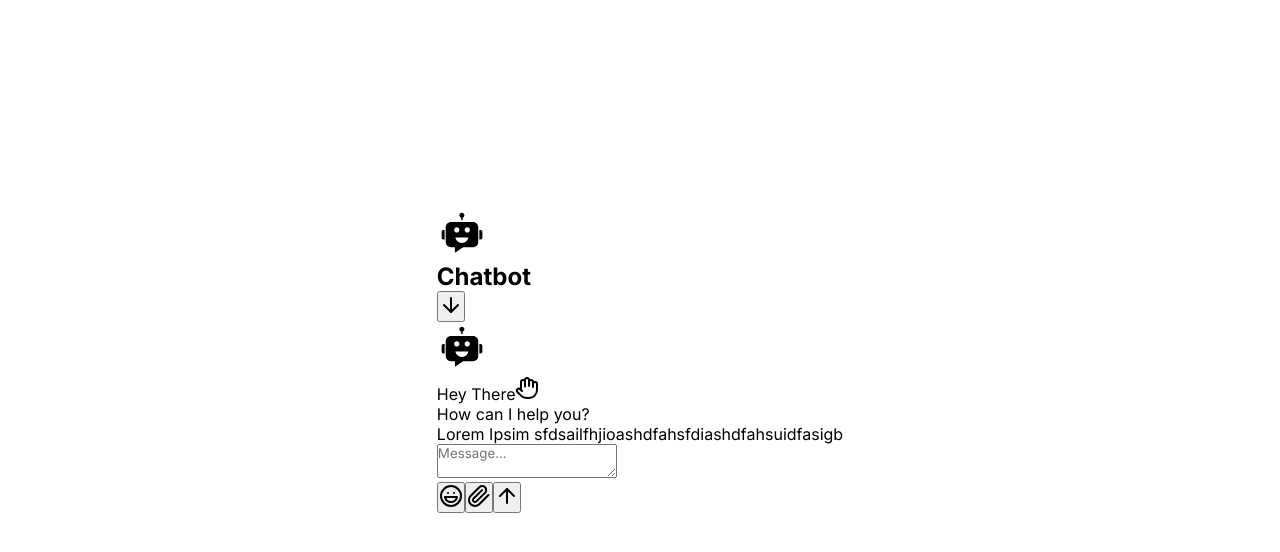
Repository: guilhermecardoso93/ai-bot
Page: /
An editor plug-in stored every save of this project. The page is shown before and after the next save, followed by the edit.
The browser window is 1280 px wide. The pictures show the whole page.
The project was rebuilt for these pictures with package versions that can differ from the ones it lists, and the page was loaded fresh each time. Also part of the build but not shown: vite.config.js.

Above is the page before, as saved 2024-11-11 20:13:57.

After the next save:
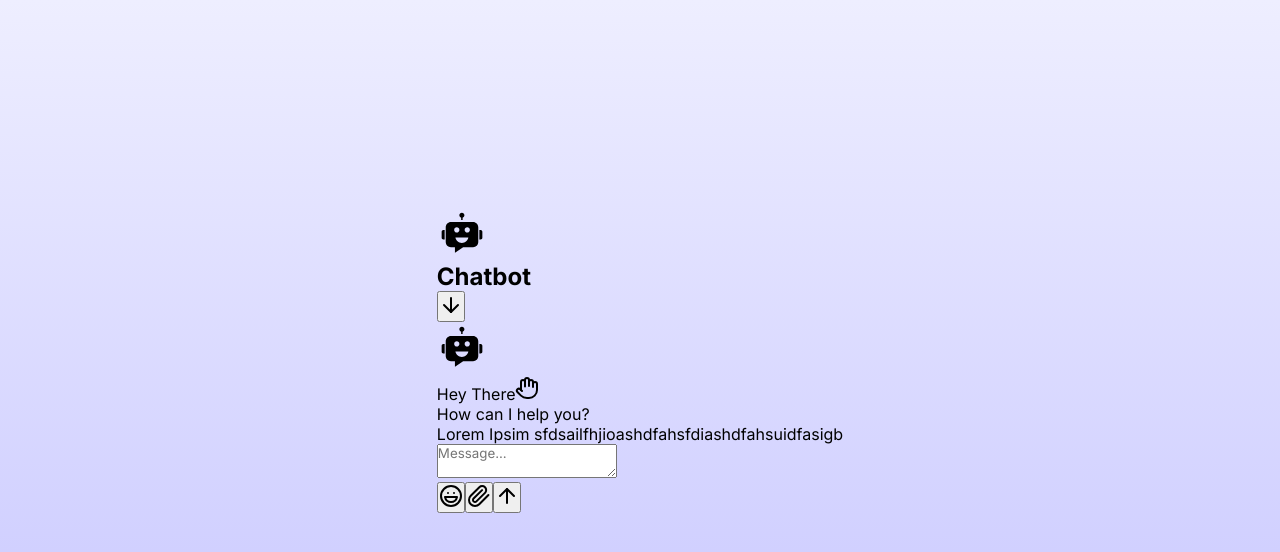
Saved 21 s later.
--- a/src/index.css
+++ b/src/index.css
@@ -19,5 +19,5 @@ body {
   align-items: center;
   justify-content:center;
   min-height: 100vh;
-  background: linear-gradient();
+  background: linear-gradient(#eeeeff, #c8c7ff);
 }
